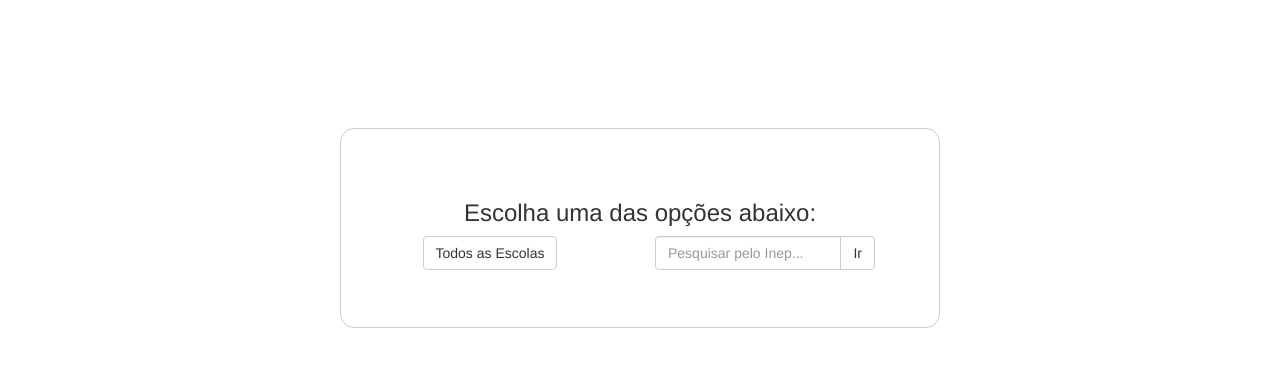
Repository: ipti/br.tag.webservice
Page: http://localhost/Restful-API-TAG/schools.jsp
An editor plug-in stored every save of this project. The page is shown before and after the next save, followed by the edit.
The browser window is 1280 px wide. The pictures show the whole page.
The page is served by Tomcat 9. Other server files are loaded and not shown.

Above is the page before, as saved 2016-04-27 14:12:37.

### Restful-API-TAG/WebContent/schools.jsp
<%@ page language="java" contentType="text/html; charset=ISO-8859-1"
    pageEncoding="ISO-8859-1"%>
<!DOCTYPE html PUBLIC "-//W3C//DTD HTML 4.01 Transitional//EN" "http://www.w3.org/TR/html4/loose.dtd">
<html>
<head>
<link rel="stylesheet" href="css/styles.css">
<link href="css/bootstrap.min.css" rel="stylesheet">
<meta http-equiv="Content-Type" content="text/html; charset=ISO-8859-1">
<title>API TAG - Escolas</title>
</head>
<body>
	<div id="schoolDiv">
		<h3 id="titleSchool">Escolha uma das opções abaixo:</h3>

		<div class="btn-group-md text-center" role="group" aria-label="...">
			<div class="row">
				<div class="col-lg-6">
					<a type="submit" class="btn btn-default" href="${pageContext.request.contextPath}/api/TagService/getStudents">Todos as Escolas</a>
				</div>
				<div class="col-lg-5">
					<div class="input-group">
						<input type="text" class="form-control" placeholder="Pesquisar pelo Inep...">
						<span class="input-group-btn">
							<a class="btn btn-default" type="submit" href="${pageContext.request.contextPath}/api/TagService/getStudents/{inep_id}">Ir</a>
						</span>
					</div>
				</div>
			</div>
		</div>
	</div>
</body>
</html>

### Restful-API-TAG/WebContent/css/styles.css
@CHARSET "ISO-8859-1";

#mainDiv {
    /* Just to center the form on the page */
    margin: 10% auto;
    width: 500px;
    height: 200px;
    /* To see the outline of the form */
    padding: 1em;
    border: 1px solid #CCC;
    border-radius: 1em;
}

#divGroup {
	padding: 7px;
}

#studentDiv, #schoolDiv, #instructorDiv, #classroomDiv {
    /* Just to center the form on the page */
    margin: 10% auto;
    width: 600px;
    height: 200px;
    /* To see the outline of the form */
    padding: 1em;
    border: 1px solid #CCC;
    border-radius: 1em;
}

#titleH3 {
	text-align: center;
	margin-top: 10%;
}

#titleStudent, #titleSchool, #titleInstructor, #titleClassroom {
	text-align: center;
	margin-top: 10%;
}

Loaded but not shown: Restful-API-TAG/WebContent/css/bootstrap.min.css (library)

After the next save:
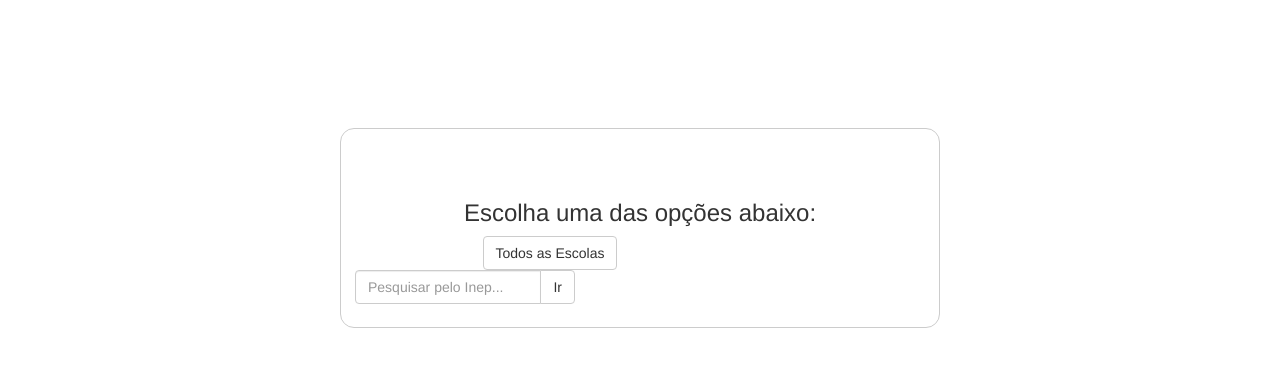
Saved 6 s later.
--- a/Restful-API-TAG/WebContent/schools.jsp
+++ b/Restful-API-TAG/WebContent/schools.jsp
@@ -14,7 +14,7 @@
 
 		<div class="btn-group-md text-center" role="group" aria-label="...">
 			<div class="row">
-				<div class="col-lg-6">
+				<div class="col-lg-6"  style="margin-left: 10%;">
 					<a type="submit" class="btn btn-default" href="${pageContext.request.contextPath}/api/TagService/getStudents">Todos as Escolas</a>
 				</div>
 				<div class="col-lg-5">
